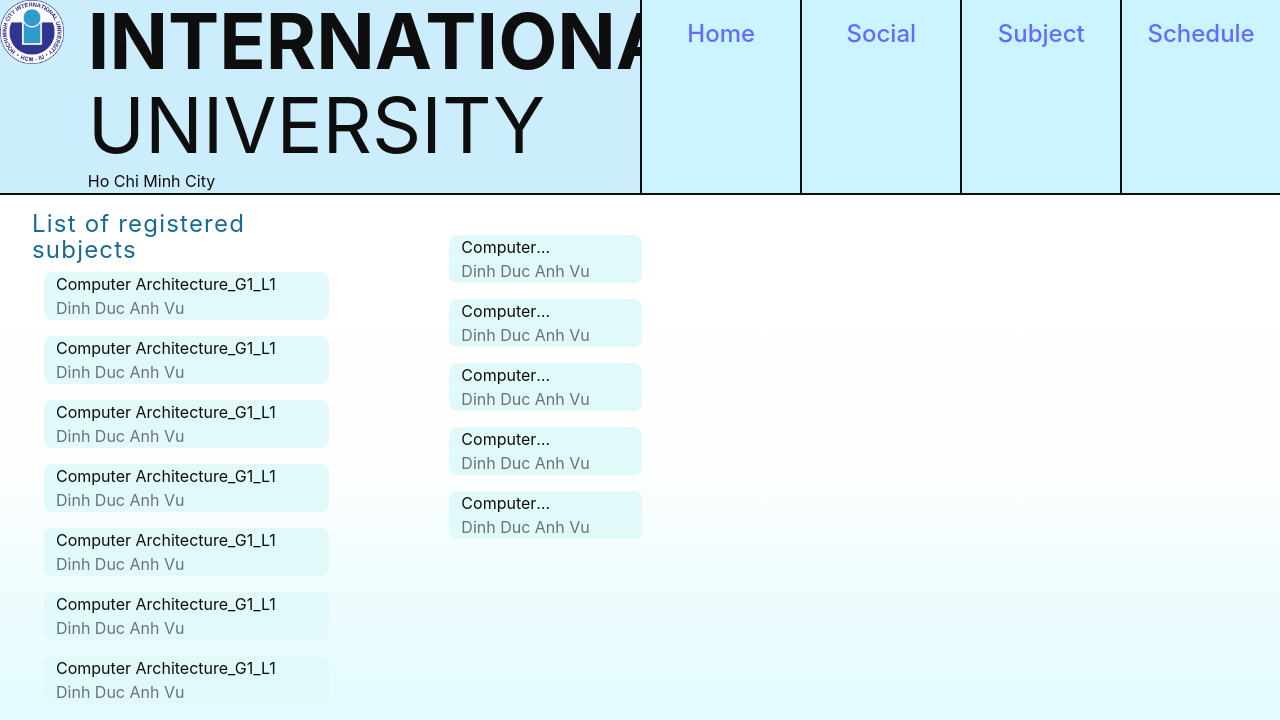
Repository: HarryZ2k3/Cirriculum_manager_SEProj
Page: /subject (app in frontend/)
These files come from the project's save history. The page is drawn as it stood at one moment and after the next save; the edit follows.
The browser window is 1280 px wide. The pictures show the whole page.
The project was rebuilt for these pictures with package versions that can differ from the ones it lists, and the page was loaded fresh each time. Also part of the build but not shown: frontend/vite.config.js, frontend/src/pages/NotFound.jsx, frontend/src/routes/Home/HomeComponents.jsx, frontend/src/routes/Home/Home.jsx, frontend/src/routes/LoginSign/LoginSignUp/LoginSignUp.css, frontend/src/routes/LoginSign/Login.jsx, frontend/src/routes/LoginSign/Register.jsx, frontend/src/routes/Grade/Grade.jsx and 7 more.

Above is the page before, as saved 2024-05-09 07:38:58.

### frontend/index.html
<!doctype html>
<html lang="en">
  <head>
    <meta charset="UTF-8" />
    <link rel="icon" type="image/svg+xml" href="./src/assets/logo.png" />
    <!-- <img src="./src/assets/logo.png" alt=""> -->
    <meta name="viewport" content="width=device-width, initial-scale=1.0" />
    <title>Cima</title>
  </head>
  <body>
    <div id="root"></div>
    <script type="module" src="/src/main.jsx"></script>
  </body>
</html>

### frontend/src/main.jsx
import React from 'react';
import ReactDOM from 'react-dom/client';
//import { Provider } from 'react-redux';
//import { store } from '../src/redux/reducer/index'; // Adjust the path as needed
import App from './App.jsx';
import './index.css';
import { BrowserRouter as Router } from 'react-router-dom';

ReactDOM.createRoot(document.getElementById('root')).render(
  <React.StrictMode>

      <Router>
        <App />
      </Router>

  </React.StrictMode>,
);

### frontend/src/App.jsx
import AnimatedRoutes from './AnimatedRoutes'
import Header from './components/Header'
// import Footer from './components/Footer'

export default function App() {
	return (
		<div className="flex h-screen flex-col">
			<Header />
			<div className="flex flex-1 overflow-hidden">
				<AnimatedRoutes />
			</div>
			{/* <Footer /> */}
		</div>
	)
}

### frontend/src/index.css
:root {
  font-family: Inter, system-ui, Avenir, Helvetica, Arial, sans-serif;
  line-height: 1.5;
  font-weight: 400;

  color-scheme: light dark;
  color: rgba(255, 255, 255, 0.87);
  background-color: #242424;

  font-synthesis: none;
  text-rendering: optimizeLegibility;
  -webkit-font-smoothing: antialiased;
  -moz-osx-font-smoothing: grayscale;
}
@tailwind base;
@tailwind components;
@tailwind utilities;
a {
  font-weight: 500;
  color: #646cff;
  text-decoration: inherit;
}
a:hover {
  color: #535bf2;
}

body {
  margin: 0;
  display: flex;
  place-items: center;
  min-width: 320px;
  min-height: 100vh;
}

h1 {
  font-size: 3.2em;
  line-height: 1.1;
}

button {
  border-radius: 8px;
  border: 1px solid transparent;
  padding: 0.6em 1.2em;
  font-size: 1em;
  font-weight: 500;
  font-family: inherit;
  background-color: #1a1a1a;
  cursor: pointer;
  transition: border-color 0.25s;
}
button:hover {
  border-color: #646cff;
}
button:focus,
button:focus-visible {
  outline: 4px auto -webkit-focus-ring-color;
}

@media (prefers-color-scheme: light) {
  :root {
    color: #213547;
    background-color: #ffffff;
  }
  a:hover {
    color: #747bff;
  }
  button {
    background-color: #f9f9f9;
  }
}

### frontend/src/AnimatedRoutes.jsx
import { Routes, Route } from 'react-router-dom'

// Pages
import NotFound from './pages/NotFound'
import Home from './routes/Home/Home'
import Login from './routes/LoginSign/Login'
import Register from './routes/LoginSign/Register'
import Grade from './routes/Grade/Grade'
import Subject from './routes/Subject/Subject'
import Schedule from './routes/Schedule/Schedule'
import LoginSignUp from './routes/LoginSign/LoginSignUp/LoginSignUp'
import Profile from './routes/Profile/Profile'
import Edit from './routes/Edit/Edit'

export default function AnimatedRoutes() {
	return (
		<Routes>
			<Route path="/" element={<Home />} />
			<Route path="/grade" element={<Grade />} />
			<Route path="/profile" element={<Profile />} />
			<Route path="/edit" element={<Edit />} />
			<Route path="/subject" element={<Subject />} />
			<Route path="/schedule" element={<Schedule />} />
			<Route path="/login" element={<Login />} />
			<Route path="/register" element={<Register />} />
			<Route path="*" element={<NotFound />} />
			<Route path="/loginv2" element={<LoginSignUp/>}/>
		</Routes>
	)
}

### frontend/src/components/Header.jsx
import { Link } from 'react-router-dom'
import Logo from '../assets/logo/logo.png'

export default function Header() {
	return (
		<header className="flex justify-between divide-x-2 divide-black border-b-2 border-black text-[1.5rem] text-black">
			<div className="flex w-1/2 gap-6 bg-header_bold">
				<img className="inline-block h-16 w-auto" src={Logo} alt="Logo IU" />
				<div className="flex flex-col items-start justify-center">
					<h1 className="uppercase">
						<span className="font-bold">International</span> University
					</h1>
					<span className="text-[1rem]">Ho Chi Minh City</span>
				</div>
			</div>
			<div className="w-1/2">
				<ul className="flex h-full justify-between divide-x-2 divide-black bg-header_light">
					<li className="flex w-full justify-center">
						<Link className="p-4" to="/">
							Home
						</Link>
					</li>
					<li className="flex w-full justify-center">
						<Link className="p-4" to="/social">
							Social
						</Link>
					</li>
					<li className="flex w-full justify-center">
						<Link className="p-4" to="/subject">
							Subject
						</Link>
					</li>
					<li className="flex w-full justify-center">
						<Link className="p-4" to="/schedule">
							Schedule
						</Link>
					</li>
				</ul>
			</div>
		</header>
	)
}

### frontend/src/routes/Subject/Subject.jsx
import Transition from '../../utils/Transition'
export default function Subject() {
	return (
		<Transition className="flex flex-grow bg-gradient-to-b from-background_top from-0% via-background_mid via-66% to-background_bottom to-100%">
			{/* The course 1/3 */}
			<div className = "flex w-1/4 flex-grow flex-col overflow-y-auto px-8 py-4">
				<h1 className="text-left align-middle text-[1.5rem] text-text_blue tracking-wider">
					List of registered subjects
				</h1>
				<div className = "flex w-full flex-col item-center justìy-evenly gap-4 rounded-2xl text-black p-2 px-3">
					<div className="rounded-lg bg-card_blue px-3 text-left">
						<h3 className="line-clamp-1"> Computer Architecture_G1_L1 </h3>
						<h3 className="text-text_gray">Dinh Duc Anh Vu</h3>
					</div>
					<div className="rounded-lg bg-card_blue px-3 text-left">
						<h3 className="line-clamp-1"> Computer Architecture_G1_L1 </h3>
						<h3 className="text-text_gray">Dinh Duc Anh Vu</h3>
					</div>
					<div className="rounded-lg bg-card_blue px-3 text-left">
						<h3 className="line-clamp-1"> Computer Architecture_G1_L1 </h3>
						<h3 className="text-text_gray">Dinh Duc Anh Vu</h3>
					</div>
					<div className="rounded-lg bg-card_blue px-3 text-left">
						<h3 className="line-clamp-1"> Computer Architecture_G1_L1 </h3>
						<h3 className="text-text_gray">Dinh Duc Anh Vu</h3>
					</div>
					<div className="rounded-lg bg-card_blue px-3 text-left">
						<h3 className="line-clamp-1"> Computer Architecture_G1_L1 </h3>
						<h3 className="text-text_gray">Dinh Duc Anh Vu</h3>
					</div>
					<div className="rounded-lg bg-card_blue px-3 text-left">
						<h3 className="line-clamp-1"> Computer Architecture_G1_L1 </h3>
						<h3 className="text-text_gray">Dinh Duc Anh Vu</h3>
					</div>
					<div className="rounded-lg bg-card_blue px-3 text-left">
						<h3 className="line-clamp-1"> Computer Architecture_G1_L1 </h3>
						<h3 className="text-text_gray">Dinh Duc Anh Vu</h3>
					</div>
					<div className="rounded-lg bg-card_blue px-3 text-left">
						<h3 className="line-clamp-1"> Computer Architecture_G1_L1 </h3>
						<h3 className="text-text_gray">Dinh Duc Anh Vu</h3>
					</div>
					<div className="rounded-lg bg-card_blue px-3 text-left">
						<h3 className="line-clamp-1"> Computer Architecture_G1_L1 </h3>
						<h3 className="text-text_gray">Dinh Duc Anh Vu</h3>
					</div>
					<div className="rounded-lg bg-card_blue px-3 text-left">
						<h3 className="line-clamp-1"> Computer Architecture_G1_L1 </h3>
						<h3 className="text-text_gray">Dinh Duc Anh Vu</h3>
					</div>
				</div>
			</div>
			<div className="flex w-2/3 flex-grow flex-col overflow-hidden px-8 py-4">
				<div className = "flex w-1/3 flex-grow flex-col overflow-hidden px-8 py-4">
					<h1 className="text-left align-middle text-[2rem] text-text_blue tracking-wider">

					</h1>
					<div className="flex w-full flex-col items-center justify-evenly gap-4 rounded-2xl text-black p-2 px-3 ">
						<div className="rounded-lg bg-card_blue px-3 text-left">
							<h3 className="line-clamp-1"> Computer Architecture </h3>
							<h3 className="text-text_gray">Dinh Duc Anh Vu</h3>
						</div>
						<div className="rounded-lg bg-card_blue px-3 text-left">
							<h3 className="line-clamp-1"> Computer Architecture </h3>
							<h3 className="text-text_gray">Dinh Duc Anh Vu</h3>
						</div>
						<div className="rounded-lg bg-card_blue px-3 text-left">
							<h3 className="line-clamp-1"> Computer Architecture </h3>
							<h3 className="text-text_gray">Dinh Duc Anh Vu</h3>
						</div>
						<div className="rounded-lg bg-card_blue px-3 text-left">
							<h3 className="line-clamp-1"> Computer Architecture </h3>
							<h3 className="text-text_gray">Dinh Duc Anh Vu</h3>
						</div>
						<div className="rounded-lg bg-card_blue px-3 text-left">
							<h3 className="line-clamp-1"> Computer Architecture </h3>
							<h3 className="text-text_gray">Dinh Duc Anh Vu</h3>
						</div>
					</div>
				</div>
			</div>
		</Transition>

	)
}

### frontend/src/utils/Transition.jsx
import { motion, AnimatePresence } from 'framer-motion'
import PropTypes from 'prop-types'

export default function Transition({ children, className }) {
	return (
		<AnimatePresence mode="wait">
			<motion.div
				className={'flex-grow ' + className}
				initial={{ opacity: 0 }}
				animate={{ opacity: 1 }}
				exit={{ opacity: 0 }}
				transition={{
					duration: 0.4,
					ease: 'easeInOut',
				}}
			>
				{children}
			</motion.div>
		</AnimatePresence>
	)
}

Transition.propTypes = {
	children: PropTypes.node.isRequired,
	className: PropTypes.string,
}

### frontend/tailwind.config.js
/** @type {import('tailwindcss').Config} */

import daisyui from 'daisyui'

export default {
	content: ['./index.html', './src/**/*.{js,ts,jsx,tsx}'],
	theme: {
		extend: {
			colors: {
				background_top:'#FFFFFF',
				background_mid: '#FEFEFE',
				background_bottom:'#E1FBFF',
				text_blue: '#146C94',
				text_gray: '#6B7174',
				text_dark: '#0E0E0E',
				header_light: '#CAF4FF',
				header_bold: '#CCEDFB',
				card_home: '#F7FAF9',
				card_gray: '#6B7174',
				card_subcard: '#EAECEB',
				card_blue: '#E1FAF9',
				white: '#FEFEFE',
				black: '#0E0E0E'
			},
			fontFamily: {
				sans: ['Montserrat', 'sans-serif'],
			},
		},
	},
	plugins: [daisyui],
}

After the next save:
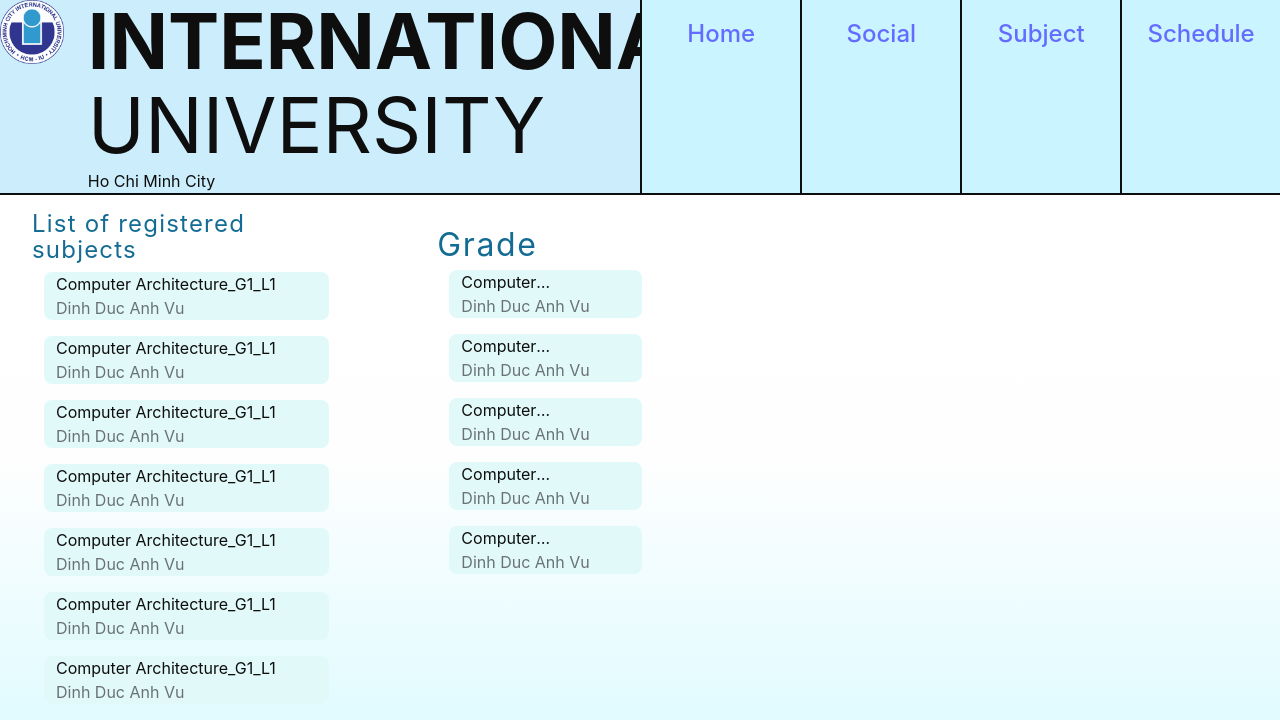
Saved 7 s later.
--- a/frontend/src/routes/Subject/Subject.jsx
+++ b/frontend/src/routes/Subject/Subject.jsx
@@ -53,7 +53,7 @@
 			<div className="flex w-2/3 flex-grow flex-col overflow-hidden px-8 py-4">
 				<div className = "flex w-1/3 flex-grow flex-col overflow-hidden px-8 py-4">
 					<h1 className="text-left align-middle text-[2rem] text-text_blue tracking-wider">
-
+						Grade
 					</h1>
 					<div className="flex w-full flex-col items-center justify-evenly gap-4 rounded-2xl text-black p-2 px-3 ">
 						<div className="rounded-lg bg-card_blue px-3 text-left">
